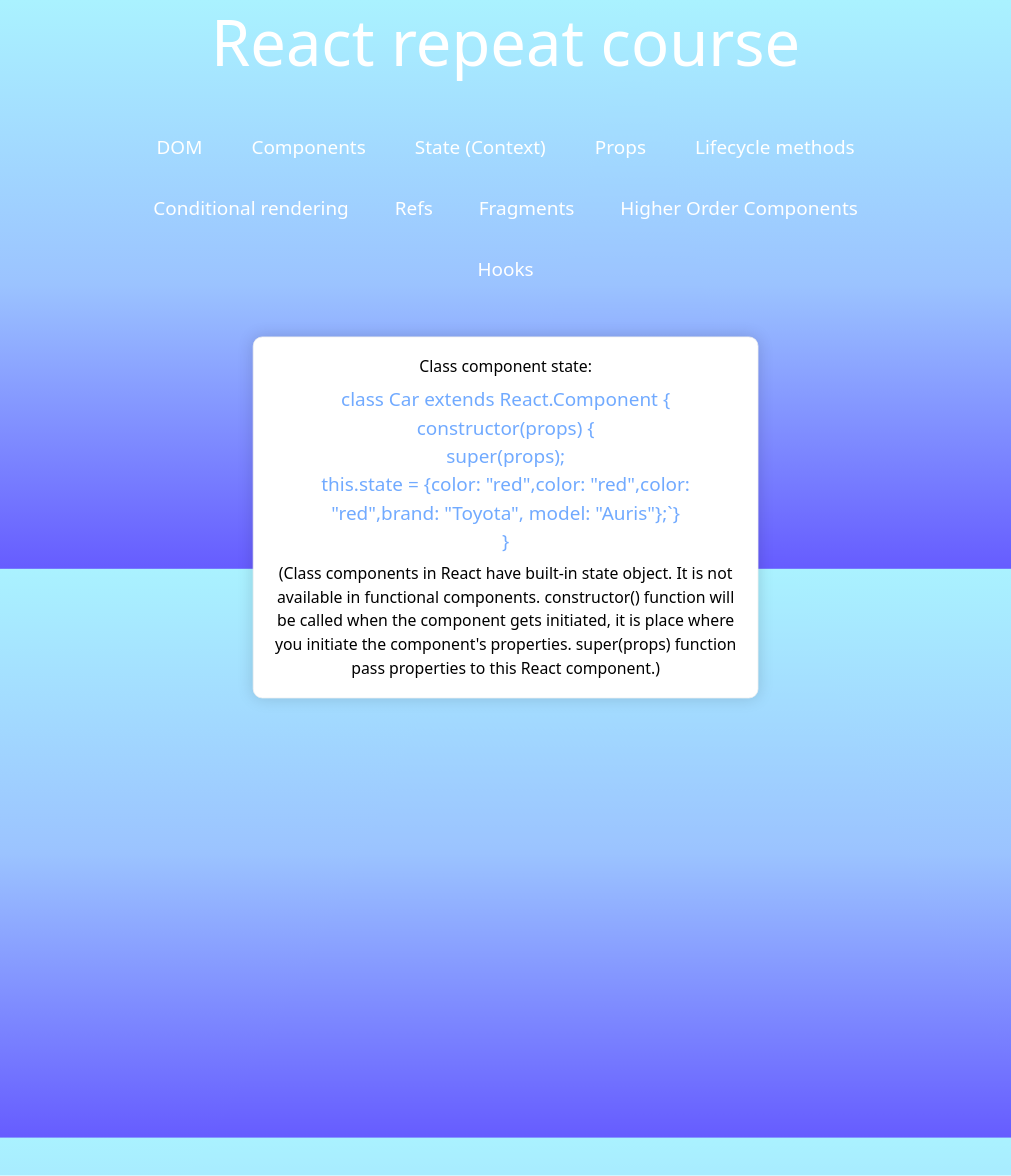
Repository: michalgornicki/github
Page: /#/State
An editor plug-in stored every save of this project. The page is shown before and after a run of saves, followed by the edit.
The browser window is 1280 px wide. The pictures show the whole page, at 79% of full size.
Backgrounds fixed to the window are drawn as part of the page. The project was rebuilt for these pictures with package versions that can differ from the ones it lists, and the page was loaded fresh each time. Also part of the build but not shown: src/components/dom.jsx, src/components/components.jsx, src/components/props.jsx, src/components/lifecycle.jsx, src/components/conditional.jsx, src/components/refs.jsx, src/components/fragments.jsx, src/components/hoc.jsx and 1 more.

Above is the page before, as saved 2022-02-07 12:56:09.

### src/App.jsx
import React from "react";
import "./App.css";
import "bootstrap/dist/css/bootstrap.min.css";
import { Route, HashRouter as Router, Routes, Link } from "react-router-dom";
import DOM from "./components/dom.jsx";
import Components from "./components/components.jsx";
import State from "./components/state.jsx";
import Props from "./components/props.jsx";
import Lifecycle from "./components/lifecycle.jsx";
import Conditional from "./components/conditional.jsx";
import Refs from "./components/refs.jsx";
import Fragments from "./components/fragments.jsx";
import HOC from "./components/hoc.jsx";
import Hooks from "./components/hooks.jsx";

const App = () => {
  return (
    <Router>
      <div className="text-center">
        <div className="display-1 mt-1 mb-5 text-white">React repeat course</div>

        <div className="h4 d-flex w-75 m-auto my-5 justify-content-evenly flex-wrap text-white">
          <Link className="link-style m-3" to="/">
            DOM
          </Link>
          <Link className="link-style m-3" to="/Components">
            Components
          </Link>
          <Link className="link-style m-3" to="/State">
            State (Context)
          </Link>
          <Link className="link-style m-3" to="/Props">
            Props
          </Link>
          <Link className="link-style m-3" to="/Lifecycle">
            Lifecycle methods
          </Link>
          <Link className="link-style m-3" to="/Conditional">
            Conditional rendering
          </Link>
          <Link className="link-style m-3" to="/Refs">
            Refs
          </Link>
          <Link className="link-style m-3" to="/Fragments">
            Fragments
          </Link>
          <Link className="link-style m-3" to="/HOC">
            Higher Order Components
          </Link>
          <Link className="link-style m-3" to="/Hooks">
            Hooks
          </Link>
        </div>

        <Routes>
          <Route path="/" element={<DOM />} />
          <Route path="/Components" element={<Components />} />
          <Route path="/State" element={<State />} />
          <Route path="/Props" element={<Props />} />
          <Route path="/Lifecycle" element={<Lifecycle />} />
          <Route path="/Conditional" element={<Conditional />} />
          <Route path="/Refs" element={<Refs />} />
          <Route path="/Fragments" element={<Fragments />} />
          <Route path="/HOC" element={<HOC />} />
          <Route path="/Hooks" element={<Hooks />} />
        </Routes>
      </div>
    </Router>
  );
};

export default App;

### src/App.css
@import url('https://fonts.googleapis.com/css2?family=Catamaran:wght@400&display=swap');

body{
    font-family: 'Catamaran', sans-serif;
    overflow-x: hidden;
    padding-bottom: 80vh;
    height: auto;
    background: linear-gradient(rgb(170, 242, 255), rgb(155, 195, 255), rgb(102, 92, 255));
    background-attachment: fixed;
}

.js-item{
    color:rgb(0, 0, 0);
    font-size: 1.25rem;
    background-color: white;
    transition: 0.2s;
    padding: 3vh;
    margin-bottom: 4vh!important;
    border: 1px solid rgb(240, 240, 240);
    width: 50%;
    margin-left: auto;
    margin-right: auto;
    box-shadow: 0px 0px 20px rgba(0, 0, 0, 0.15);
    border-radius: 0.75rem;
}

.js-item:hover{
    cursor: pointer;
    background-color: rgb(240, 240, 240);
}

.text-color{
    margin: auto;
    padding: 0.5rem;
    width: fit-content;
    color:rgb(113, 170, 255)!important;
    font-size: 1.5rem;
    border-radius: 1rem;
}

.link-style{
    color: inherit;
    text-decoration: inherit;
    padding: 0.5rem;
    border-radius: 0.5rem;
}

.link-style:hover{
    color: rgb(113, 170, 255);
    text-decoration: inherit;
}

@media only screen and (max-device-width: 600px), (max-width: 600px) {

    .js-item{
        width: 95%;
    }

}

### src/components/state.jsx
const State = () => {
  return (
    <div className="">
      <div className="js-item">
        {" "}
        <div className="">Class component state: </div>
        <div className="text-color">
          {`class Car extends React.Component {`} <br />
          {`constructor(props) {`} <br />
          {`super(props);`}{" "} <br />
          {`this.state = {`}
          {`color: "red",`}
          {`color: "red",`}
          {`color: "red",`}
           brand: "Toyota", model: "Auris"};`}{" "} <br />
          {`}`}{" "}
        </div>{" "}
        (Class components in React have built-in state object. It is not available in functional components. constructor() function will be called when the component gets initiated, it is place where you initiate the component's properties. super(props) function pass properties to this React component.)
      </div>
    </div>
  );
};

export default State;

Loaded but not shown: public/index.html (common file); src/index.js (common file); src/index.css (common file); src/reportWebVitals.js (common file)

After the next 4 saves:
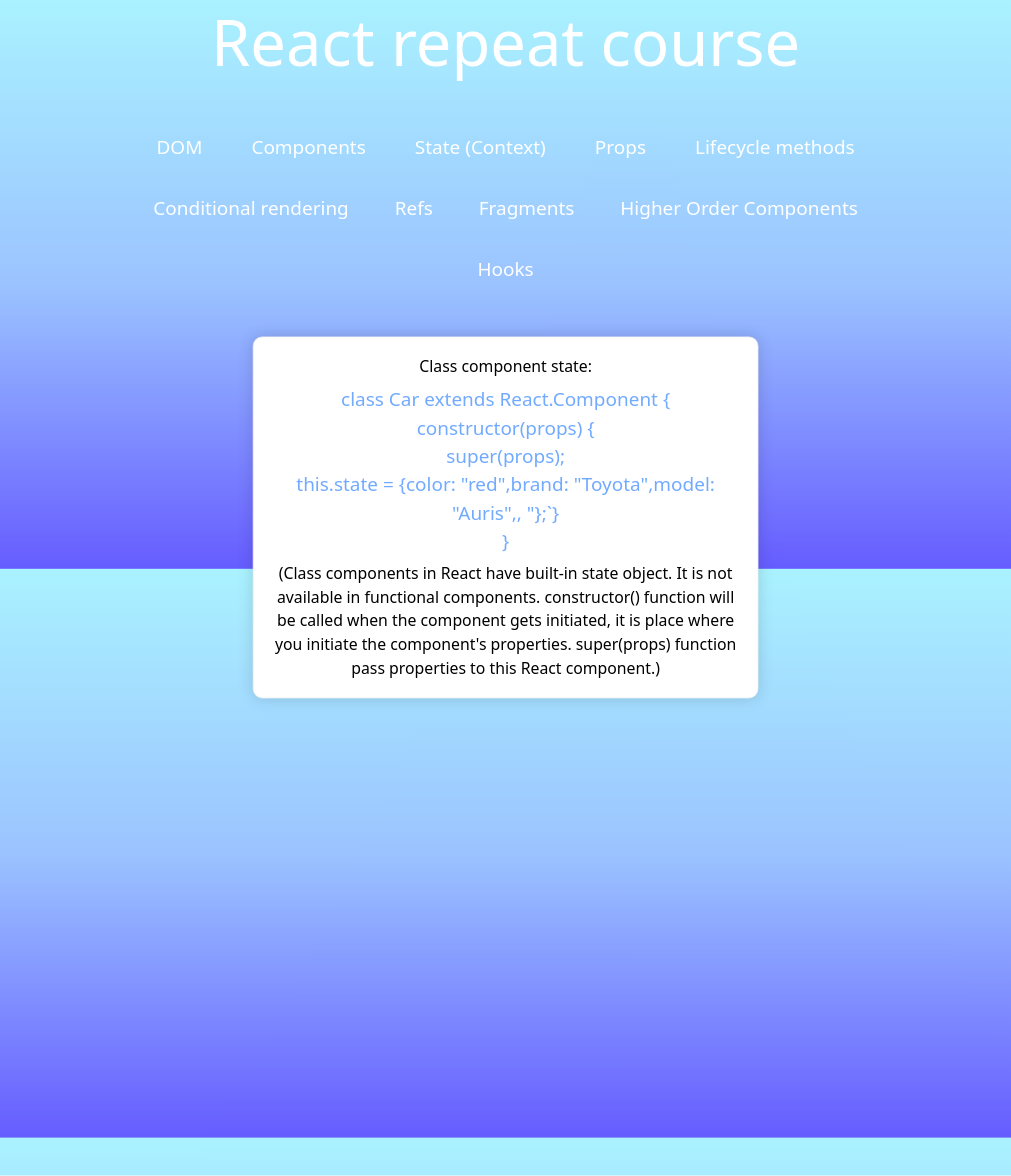
The 4 saves are shown as one change because they came seconds apart.
The last was saved 11 s later.
--- a/src/components/state.jsx
+++ b/src/components/state.jsx
@@ -10,9 +10,9 @@
           {`super(props);`}{" "} <br />
           {`this.state = {`}
           {`color: "red",`}
-          {`color: "red",`}
-          {`color: "red",`}
-           brand: "Toyota", model: "Auris"};`}{" "} <br />
+          {`brand: "Toyota",`}
+          {`model: "Auris",`}
+           , "};`}{" "} <br />
           {`}`}{" "}
         </div>{" "}
         (Class components in React have built-in state object. It is not available in functional components. constructor() function will be called when the component gets initiated, it is place where you initiate the component's properties. super(props) function pass properties to this React component.)
